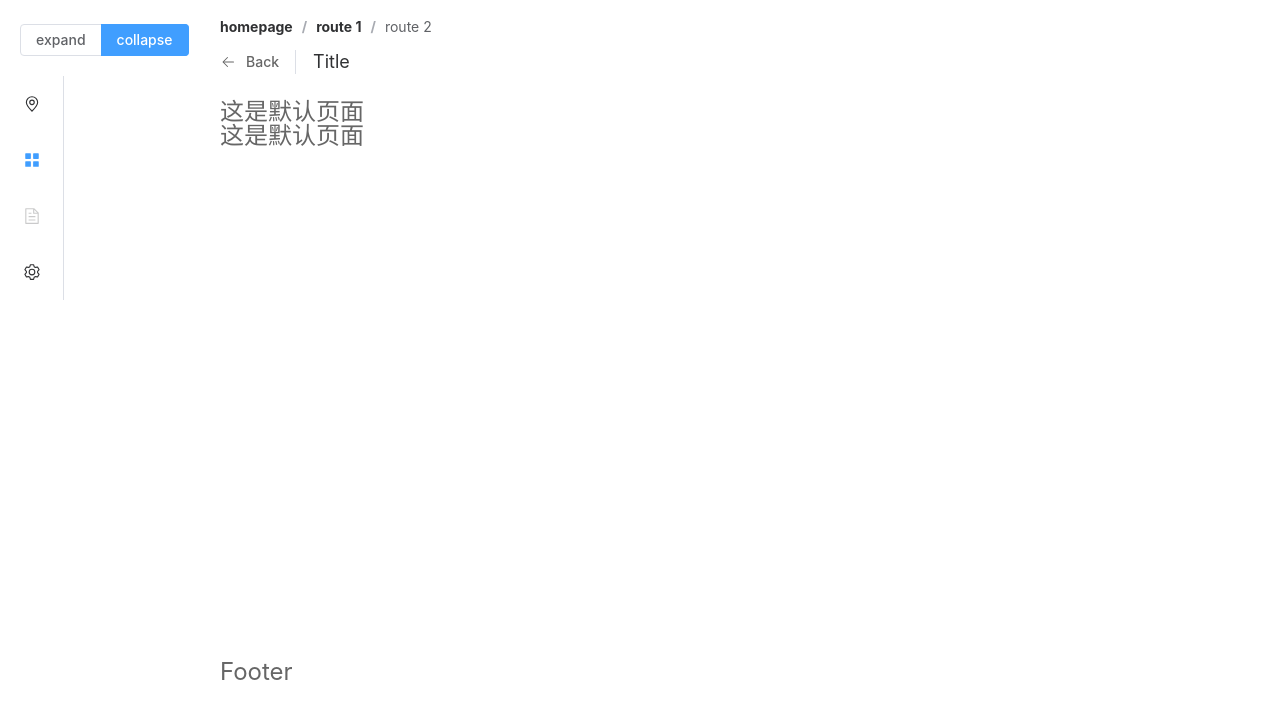
Repository: LeeypOR/management-system
Page: /
An editor plug-in stored every save of this project. The page is shown before and after the next save, followed by the edit.
The browser window is 1280 px wide. The pictures show the whole page.
The project was rebuilt for these pictures with package versions that can differ from the ones it lists, and the page was loaded fresh each time. Also part of the build but not shown: vite.config.ts.

Above is the page before, as saved 2023-02-28 13:16:09.
Console error: SyntaxError: Cannot use import statement outside a module

After the next save:
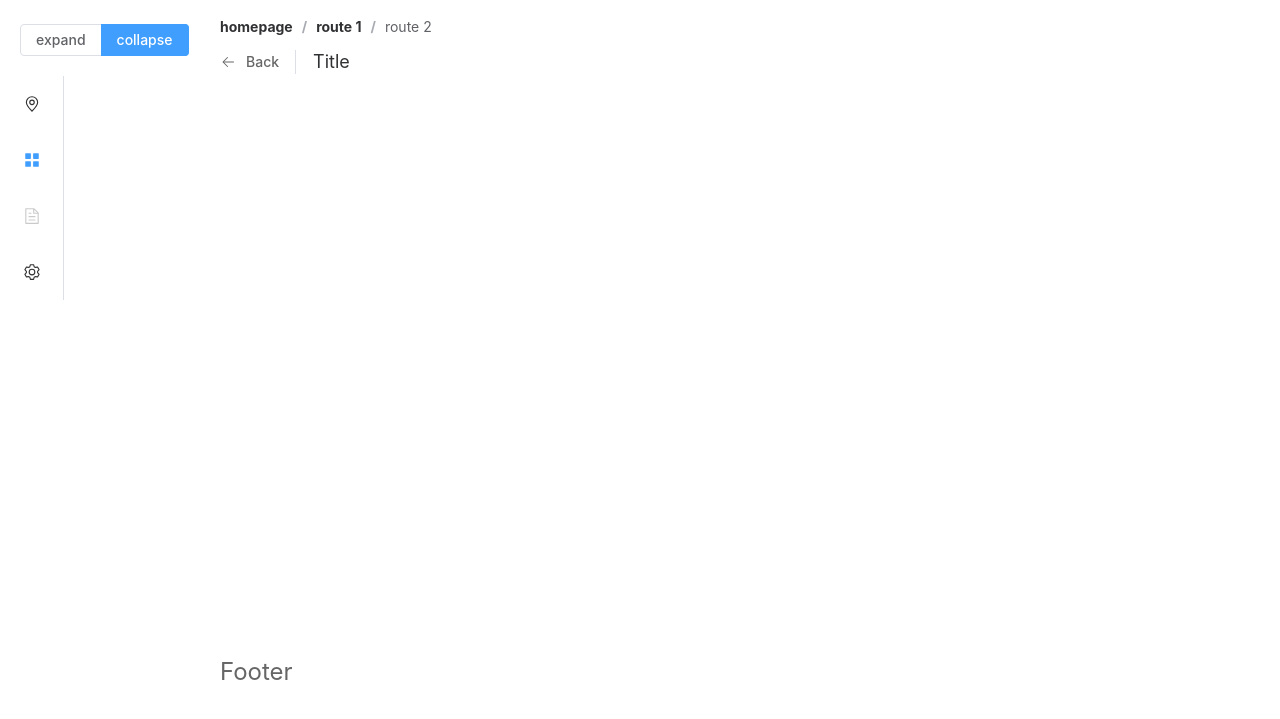
Saved 82 s later.
--- a/src/pages/BasePage/Main.vue
+++ b/src/pages/BasePage/Main.vue
@@ -9,7 +9,7 @@
           </el-table>
         </el-scrollbar>
       </el-main> -->
-      这是默认页面
+
       <router-view></router-view>
   </div>
 </template>
